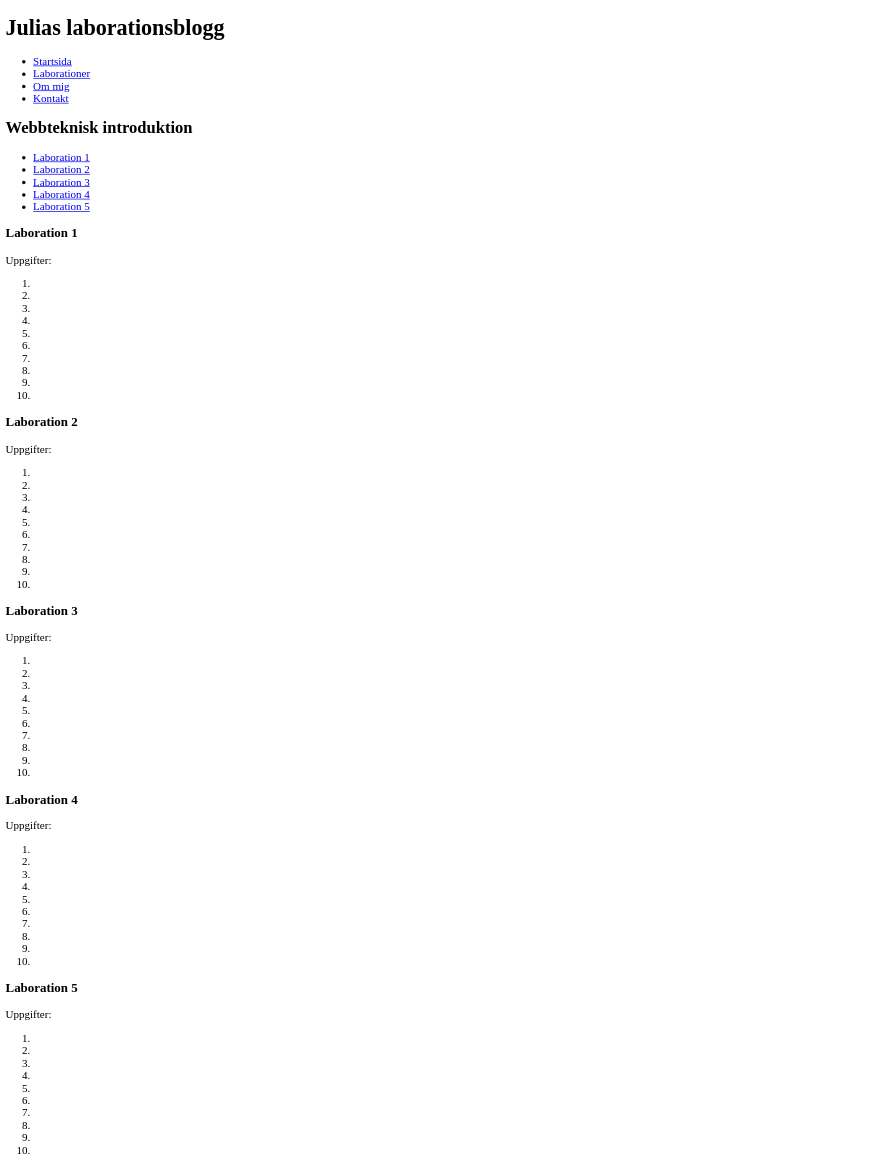
Repository: jk222rp/1ik415-laborationer-2014
Page: pages/laborationer.html
The author's editor kept a record of every edit. The page is drawn from the files as they stood at one moment, then again after the next edit.
The browser window is 1280 px wide. The pictures show the whole page, at 69% of full size.

Above is the page before.

After the next edit:
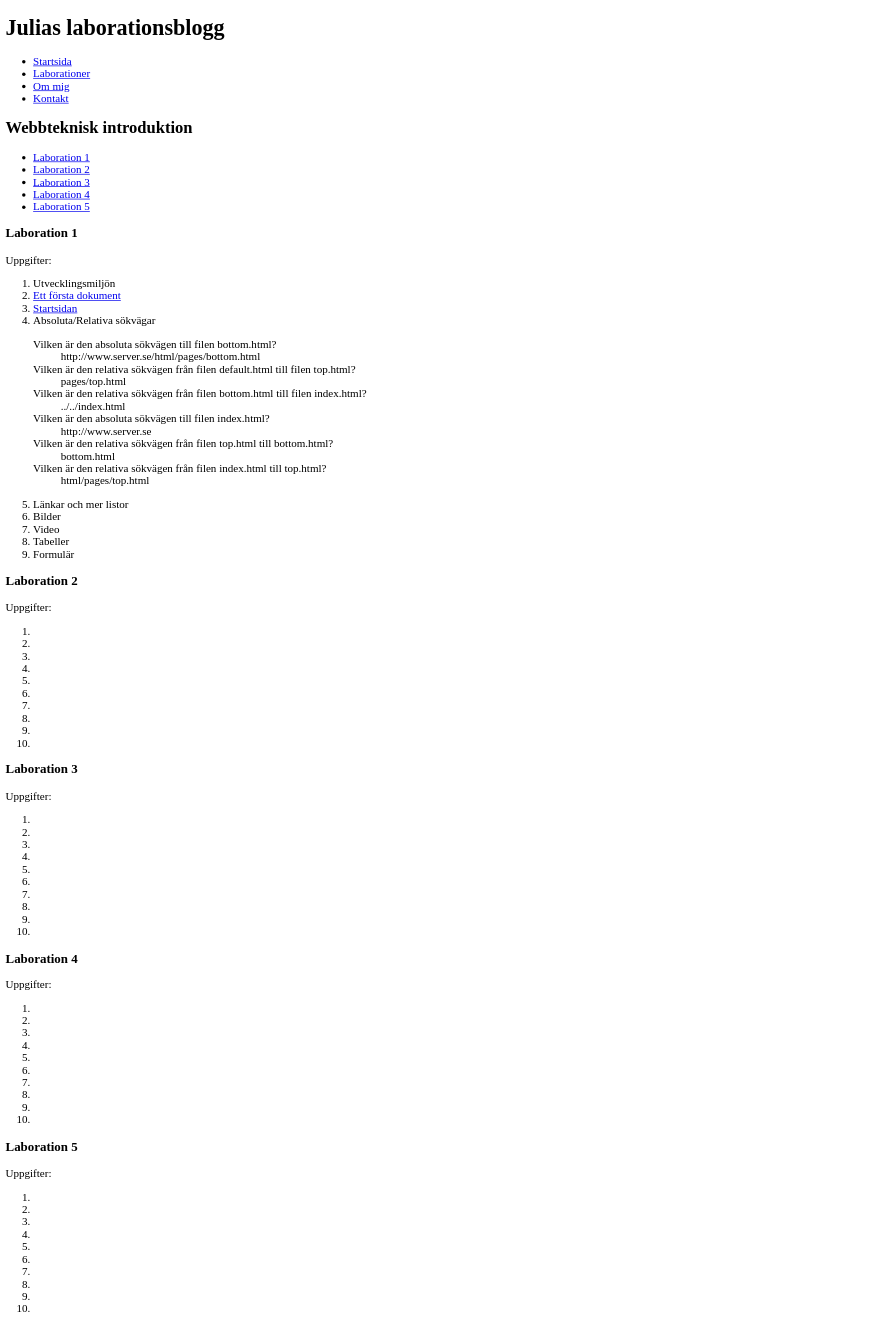
The edit:
--- a/pages/laborationer.html
+++ b/pages/laborationer.html
@@ -30,16 +30,30 @@
         <h3 id="Lab1">Laboration 1</h3>
         <p>Uppgifter:</p>
         <ol>
-            <li></li>
-            <li></li>
-            <li></li>
-            <li></li>
-            <li></li>
-            <li></li>
-            <li></li>
-            <li></li>
-            <li></li>
-            <li></li>
+            <li>Utvecklingsmiljön</li>
+            <li><a href="presentation.html">Ett första dokument</a></li>
+            <li><a href="../index.html">Startsidan</a></li>
+            <li>Absoluta/Relativa sökvägar
+                <dl>
+                    <dt>Vilken är den absoluta sökvägen till filen bottom.html?</dt>
+                    <dd>http://www.server.se/html/pages/bottom.html</dd>
+                    <dt>Vilken är den relativa sökvägen från filen default.html till filen top.html?</dt>
+                    <dd>pages/top.html</dd>
+                    <dt>Vilken är den relativa sökvägen från filen bottom.html till filen index.html?</dt>
+                    <dd>../../index.html</dd>
+                    <dt>Vilken är den absoluta sökvägen till filen index.html?</dt>
+                    <dd>http://www.server.se</dd>
+                    <dt>Vilken är den relativa sökvägen från filen top.html till bottom.html?</dt>
+                    <dd>bottom.html</dd>
+                    <dt>Vilken är den relativa sökvägen från filen index.html till top.html?</dt>
+                    <dd>html/pages/top.html</dd>
+                </dl>
+            </li>
+            <li>Länkar och mer listor</li>
+            <li>Bilder</li>
+            <li>Video</li>
+            <li>Tabeller</li>
+            <li>Formulär</li>
         </ol>
 
         <h3 id="Lab2">Laboration 2</h3>
